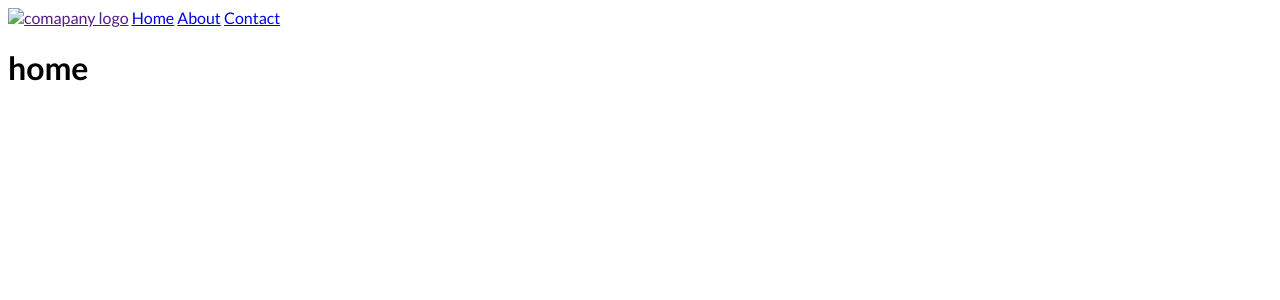
Repository: magiai/vanilla-js-spa
Page: index.html
These files come from the project's save history. The page is drawn as it stood at one moment and after the next save; the edit follows.
The browser window is 1280 px wide. The pictures show the whole page.

Above is the page before, as saved 2022-04-28 13:24:28.

After the next save:
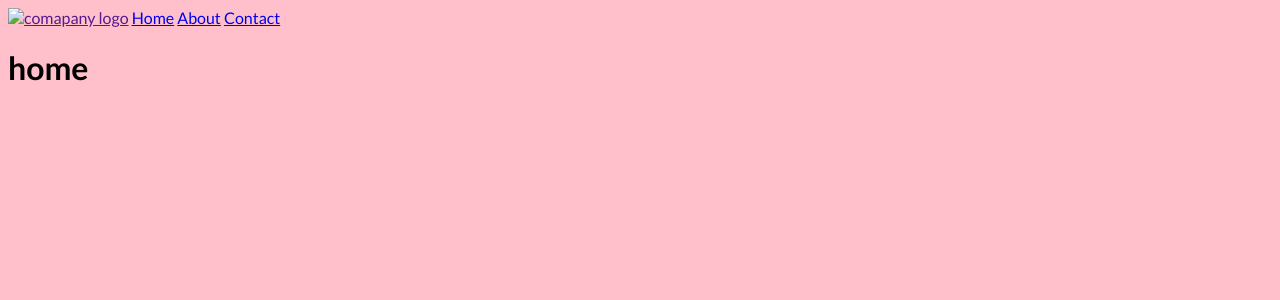
Saved 7 s later.
--- a/css/variables.css
+++ b/css/variables.css
@@ -1,3 +1,3 @@
 :root {
-    --background-color: rose;
+    --background-color: pink;
 }
